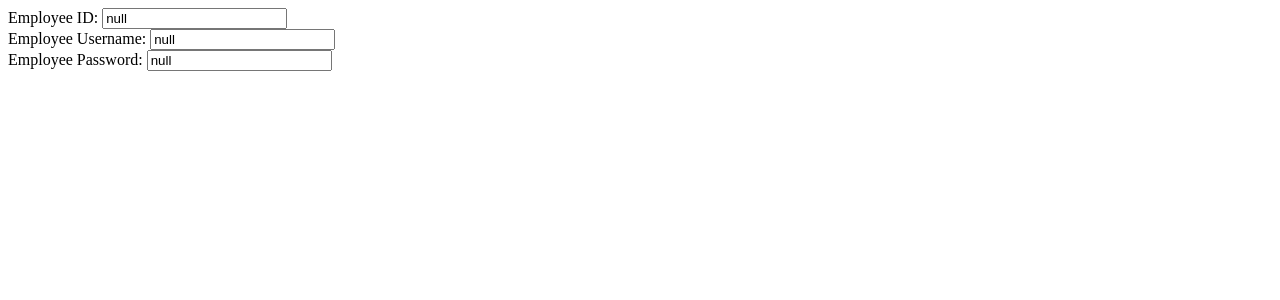
Repository: IT21802508/Employee-Salary-Management-System-OOP
Page: http://localhost/SalaryDemo/UpdateEmployee.jsp
The author's editor kept a copy of each file at every save. The page is drawn from the files as they stood at one save, then again after the next save.
The browser window is 1280 px wide. The pictures show the whole page.
The page is served by Tomcat 9. Other server files are loaded and not shown.

Above is the page before, as saved 2023-01-09 13:13:12.

### SalaryDemo/src/main/webapp/UpdateEmployee.jsp
<%@ page language="java" contentType="text/html; charset=ISO-8859-1"
    pageEncoding="ISO-8859-1"%>
<!DOCTYPE html>
<html>
<head>
<meta charset="ISO-8859-1">
<title>Insert title here</title>
</head>
<body>

<%

String id= request.getParameter("id");
String uname = request.getParameter("name");
String psw=request.getParameter("password");
String othours=request.getParameter("othours");
String bonus=request.getParameter("bonus");
String netsalary=request.getParameter("netsalary");


%>
<form action ="update" method="post">


Employee ID: <input type="text" name="eid" value="<%= id%>" readonly><br>
Employee Username: <input type="text" name="uname" value="<%= uname %>" readonly><br>
Employee Password: <input type="text" name="psw" value="<%= psw %>"><br>






</form>

</body>
</html>

After the next save:
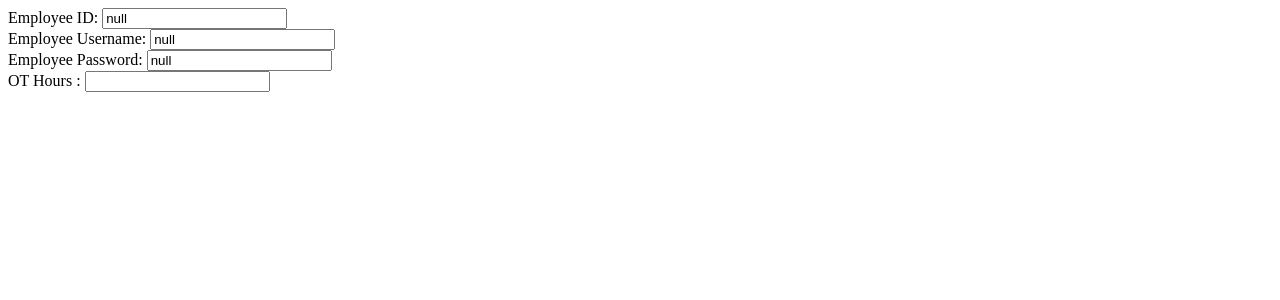
Saved 2 min 50 s later.
--- a/SalaryDemo/src/main/webapp/UpdateEmployee.jsp
+++ b/SalaryDemo/src/main/webapp/UpdateEmployee.jsp
@@ -25,6 +25,7 @@ String netsalary=request.getParameter("netsalary");
 Employee ID: <input type="text" name="eid" value="<%= id%>" readonly><br>
 Employee Username: <input type="text" name="uname" value="<%= uname %>" readonly><br>
 Employee Password: <input type="text" name="psw" value="<%= psw %>"><br>
+OT Hours : <input type="number" name="othours" value="<%=othours %>"
 
 
 
